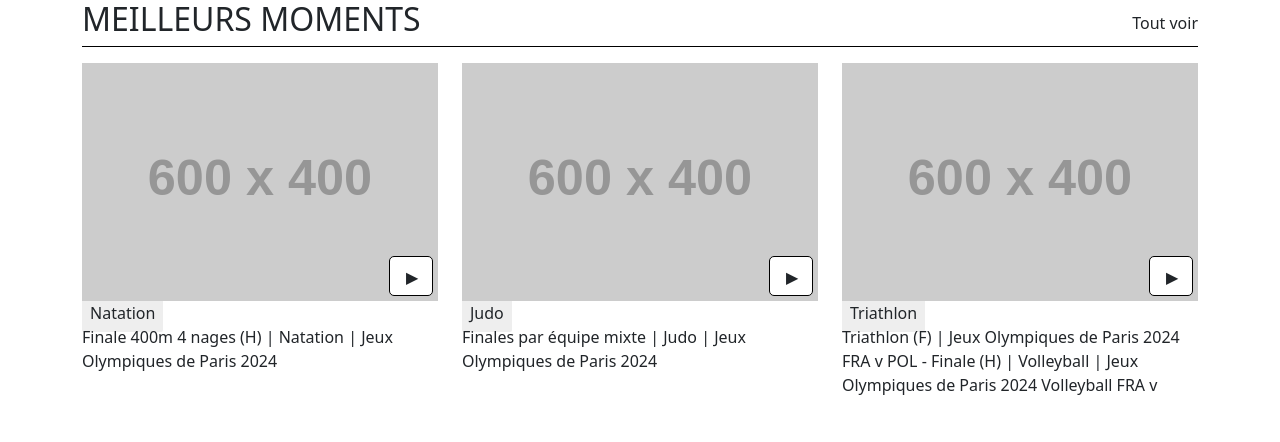
Repository: fbansept/ran3_24_jeu
Page: index.html
An editor plug-in stored every save of this project. The page is shown before and after the next save, followed by the edit.
The browser window is 1280 px wide. The pictures show the whole page.

Above is the page before, as saved 2024-10-14 15:59:53.

After the next save:
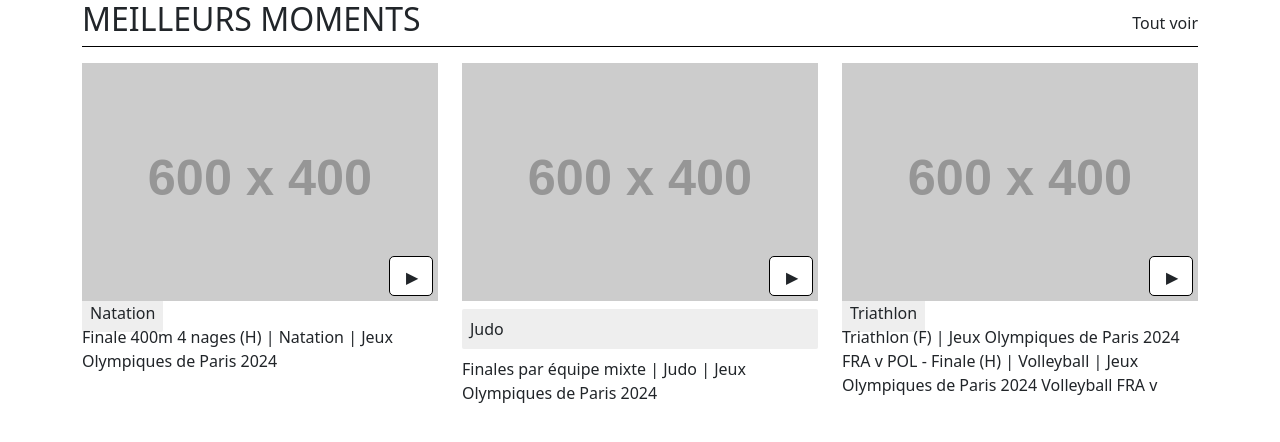
Saved 82 s later.
--- a/index.html
+++ b/index.html
@@ -43,7 +43,7 @@
               <img src="https://placehold.co/600x400" alt="" />
               <div class="bouton-play"></div>
             </div>
-            <span class="label">Judo</span>
+            <div class="label">Judo</div>
             <p>
               Finales par équipe mixte | Judo | Jeux Olympiques de Paris 2024
             </p>
